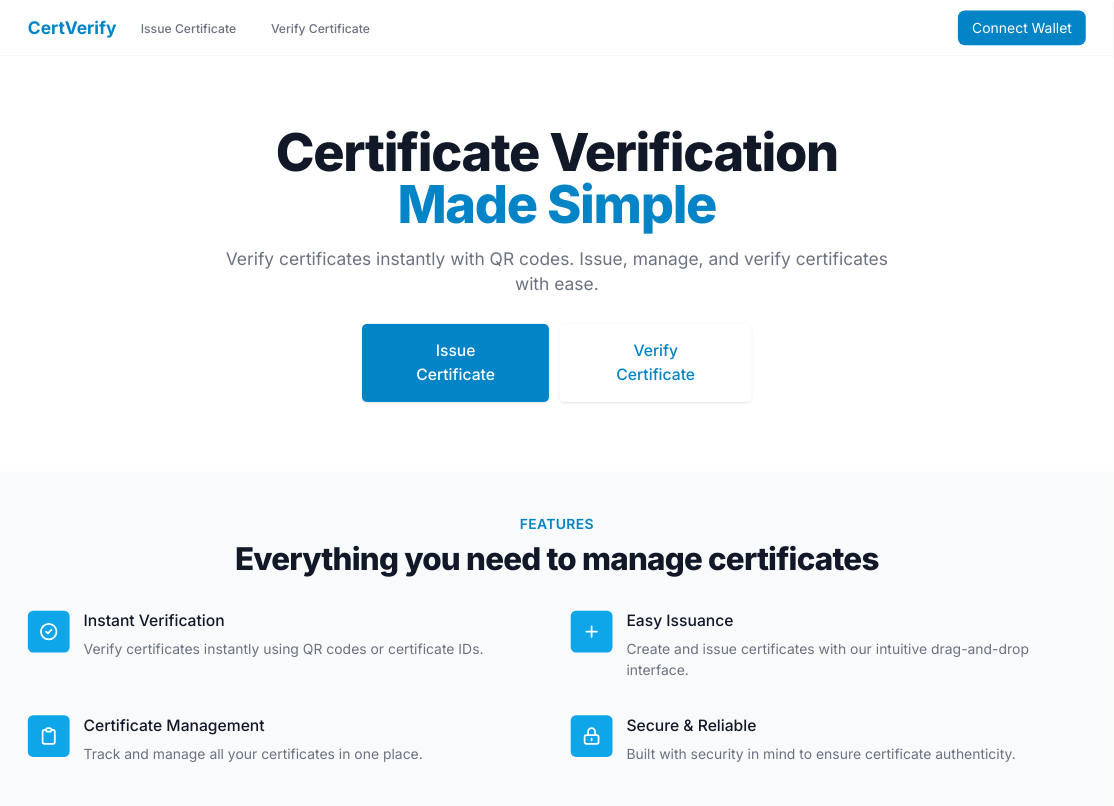
Repository: Cheeyan902/FYP-WebApp
Page: /
These files come from the project's save history. The page is drawn as it stood at one moment and after the next save; the edit follows.
The browser window is 1280 px wide. The pictures show the whole page, at 87% of full size.
The project was rebuilt for these pictures with package versions that can differ from the ones it lists, and the page was loaded fresh each time. The framework's server and built-in components were replaced by stand-ins that run in the browser. Also part of the build but not shown: next.config.js.

Above is the page before, as saved 2025-04-02 17:37:01.

### app/layout.tsx
import type { Metadata } from "next";
import { Inter } from "next/font/google";
import "./globals.css";
import { Toaster } from "react-hot-toast";
import Navigation from "./components/Navigation";

const inter = Inter({ subsets: ["latin"] });

export const metadata: Metadata = {
  title: "Solana Certificate Verification System",
  description: "A decentralized certificate verification system built on Solana blockchain",
  keywords: "Solana, blockchain, certificate verification, digital certificates, SSL/TLS",
  authors: [{ name: "Your Name" }],
  viewport: "width=device-width, initial-scale=1",
  themeColor: "#0284c7", // primary-600 color
};

export default function RootLayout({
  children,
}: Readonly<{
  children: React.ReactNode;
}>) {
  return (
    <html lang="en">
      <body className={inter.className}>
        <Navigation />
        <Toaster position="top-right" />
        {children}
      </body>
    </html>
  );
}

### app/page.tsx
import Link from 'next/link';

export default function Home() {
  return (
    <div className="min-h-screen">
      {/* Hero Section */}
      <section className="bg-white">
        <div className="max-w-7xl mx-auto px-4 sm:px-6 lg:px-8 py-20">
          <div className="text-center">
            <h1 className="text-4xl tracking-tight font-extrabold text-gray-900 sm:text-5xl md:text-6xl">
              <span className="block">Certificate Verification</span>
              <span className="block text-primary-600">Made Simple</span>
            </h1>
            <p className="mt-3 max-w-md mx-auto text-base text-gray-500 sm:text-lg md:mt-5 md:text-xl md:max-w-3xl">
              Verify certificates instantly with QR codes. Issue, manage, and verify certificates with ease.
            </p>
            <div className="mt-5 max-w-md mx-auto sm:flex sm:justify-center md:mt-8">
              <div className="rounded-md shadow">
                <Link
                  href="/issue"
                  className="w-full flex items-center justify-center px-8 py-3 border border-transparent text-base font-medium rounded-md text-white bg-primary-600 hover:bg-primary-700 md:py-4 md:text-lg md:px-10"
                >
                  Issue Certificate
                </Link>
              </div>
              <div className="mt-3 rounded-md shadow sm:mt-0 sm:ml-3">
                <Link
                  href="/verify"
                  className="w-full flex items-center justify-center px-8 py-3 border border-transparent text-base font-medium rounded-md text-primary-600 bg-white hover:bg-gray-50 md:py-4 md:text-lg md:px-10"
                >
                  Verify Certificate
                </Link>
              </div>
            </div>
          </div>
        </div>
      </section>

      {/* Features Section */}
      <section className="py-12 bg-gray-50">
        <div className="max-w-7xl mx-auto px-4 sm:px-6 lg:px-8">
          <div className="lg:text-center">
            <h2 className="text-base text-primary-600 font-semibold tracking-wide uppercase">Features</h2>
            <p className="mt-2 text-3xl leading-8 font-extrabold tracking-tight text-gray-900 sm:text-4xl">
              Everything you need to manage certificates
            </p>
          </div>

          <div className="mt-10">
            <div className="space-y-10 md:space-y-0 md:grid md:grid-cols-2 md:gap-x-8 md:gap-y-10">
              {/* Feature 1 */}
              <div className="relative">
                <div className="absolute flex items-center justify-center h-12 w-12 rounded-md bg-primary-500 text-white">
                  <svg className="h-6 w-6" fill="none" viewBox="0 0 24 24" stroke="currentColor">
                    <path strokeLinecap="round" strokeLinejoin="round" strokeWidth={2} d="M9 12l2 2 4-4m6 2a9 9 0 11-18 0 9 9 0 0118 0z" />
                  </svg>
                </div>
                <div className="ml-16">
                  <h3 className="text-lg leading-6 font-medium text-gray-900">Instant Verification</h3>
                  <p className="mt-2 text-base text-gray-500">
                    Verify certificates instantly using QR codes or certificate IDs.
                  </p>
                </div>
              </div>

              {/* Feature 2 */}
              <div className="relative">
                <div className="absolute flex items-center justify-center h-12 w-12 rounded-md bg-primary-500 text-white">
                  <svg className="h-6 w-6" fill="none" viewBox="0 0 24 24" stroke="currentColor">
                    <path strokeLinecap="round" strokeLinejoin="round" strokeWidth={2} d="M12 6v6m0 0v6m0-6h6m-6 0H6" />
                  </svg>
                </div>
                <div className="ml-16">
                  <h3 className="text-lg leading-6 font-medium text-gray-900">Easy Issuance</h3>
                  <p className="mt-2 text-base text-gray-500">
                    Create and issue certificates with our intuitive drag-and-drop interface.
                  </p>
                </div>
              </div>

              {/* Feature 3 */}
              <div className="relative">
                <div className="absolute flex items-center justify-center h-12 w-12 rounded-md bg-primary-500 text-white">
                  <svg className="h-6 w-6" fill="none" viewBox="0 0 24 24" stroke="currentColor">
                    <path strokeLinecap="round" strokeLinejoin="round" strokeWidth={2} d="M9 5H7a2 2 0 00-2 2v12a2 2 0 002 2h10a2 2 0 002-2V7a2 2 0 00-2-2h-2M9 5a2 2 0 002 2h2a2 2 0 002-2M9 5a2 2 0 012-2h2a2 2 0 012 2" />
                  </svg>
                </div>
                <div className="ml-16">
                  <h3 className="text-lg leading-6 font-medium text-gray-900">Certificate Management</h3>
                  <p className="mt-2 text-base text-gray-500">
                    Track and manage all your certificates in one place.
                  </p>
                </div>
              </div>

              {/* Feature 4 */}
              <div className="relative">
                <div className="absolute flex items-center justify-center h-12 w-12 rounded-md bg-primary-500 text-white">
                  <svg className="h-6 w-6" fill="none" viewBox="0 0 24 24" stroke="currentColor">
                    <path strokeLinecap="round" strokeLinejoin="round" strokeWidth={2} d="M12 15v2m-6 4h12a2 2 0 002-2v-6a2 2 0 00-2-2H6a2 2 0 00-2 2v6a2 2 0 002 2zm10-10V7a4 4 0 00-8 0v4h8z" />
                  </svg>
                </div>
                <div className="ml-16">
                  <h3 className="text-lg leading-6 font-medium text-gray-900">Secure & Reliable</h3>
                  <p className="mt-2 text-base text-gray-500">
                    Built with security in mind to ensure certificate authenticity.
                  </p>
                </div>
              </div>
            </div>
          </div>
        </div>
      </section>
    </div>
  );
}

### app/globals.css
@tailwind base;
@tailwind components;
@tailwind utilities;

@layer base {
  :root {
    --background: 0 0% 100%;
    --foreground: 222.2 84% 4.9%;
  }
}

@layer base {
  body {
    @apply bg-gray-50 text-gray-900;
  }
}

@layer components {
  .btn-primary {
    @apply px-4 py-2 bg-primary-600 text-white rounded-lg hover:bg-primary-700 transition-colors;
  }

  .btn-secondary {
    @apply px-4 py-2 bg-gray-200 text-gray-800 rounded-lg hover:bg-gray-300 transition-colors;
  }

  .input-field {
    @apply w-full px-4 py-2 border border-gray-300 rounded-lg focus:outline-none focus:ring-2 focus:ring-primary-500 focus:border-transparent;
  }
}

### app/components/Navigation.tsx
'use client';

import Link from 'next/link';
import { usePathname } from 'next/navigation';

export default function Navigation() {
  const pathname = usePathname();

  const isActive = (path: string) => {
    return pathname === path;
  };

  return (
    <nav className="bg-white shadow">
      <div className="max-w-7xl mx-auto px-4 sm:px-6 lg:px-8">
        <div className="flex justify-between h-16">
          <div className="flex">
            <div className="flex-shrink-0 flex items-center">
              <Link href="/" className="text-xl font-bold text-primary-600">
                CertVerify
              </Link>
            </div>
            <div className="hidden sm:ml-6 sm:flex sm:space-x-8">
              <Link
                href="/issue"
                className={`inline-flex items-center px-1 pt-1 border-b-2 text-sm font-medium ${
                  isActive('/issue')
                    ? 'border-primary-500 text-gray-900'
                    : 'border-transparent text-gray-500 hover:border-gray-300 hover:text-gray-700'
                }`}
              >
                Issue Certificate
              </Link>
              <Link
                href="/verify"
                className={`inline-flex items-center px-1 pt-1 border-b-2 text-sm font-medium ${
                  isActive('/verify')
                    ? 'border-primary-500 text-gray-900'
                    : 'border-transparent text-gray-500 hover:border-gray-300 hover:text-gray-700'
                }`}
              >
                Verify Certificate
              </Link>
            </div>
          </div>
          <div className="hidden sm:ml-6 sm:flex sm:items-center">
            <button className="btn-primary">
              Connect Wallet
            </button>
          </div>
          <div className="-mr-2 flex items-center sm:hidden">
            <button
              type="button"
              className="inline-flex items-center justify-center p-2 rounded-md text-gray-400 hover:text-gray-500 hover:bg-gray-100 focus:outline-none focus:ring-2 focus:ring-inset focus:ring-primary-500"
            >
              <span className="sr-only">Open main menu</span>
              <svg
                className="block h-6 w-6"
                xmlns="http://www.w3.org/2000/svg"
                fill="none"
                viewBox="0 0 24 24"
                stroke="currentColor"
                aria-hidden="true"
              >
                <path
                  strokeLinecap="round"
                  strokeLinejoin="round"
                  strokeWidth={2}
                  d="M4 6h16M4 12h16M4 18h16"
                />
              </svg>
            </button>
          </div>
        </div>
      </div>

      {/* Mobile menu */}
      <div className="sm:hidden hidden">
        <div className="pt-2 pb-3 space-y-1">
          <Link
            href="/issue"
            className={`block pl-3 pr-4 py-2 border-l-4 text-base font-medium ${
              isActive('/issue')
                ? 'bg-primary-50 border-primary-500 text-primary-700'
                : 'border-transparent text-gray-500 hover:bg-gray-50 hover:border-gray-300 hover:text-gray-700'
            }`}
          >
            Issue Certificate
          </Link>
          <Link
            href="/verify"
            className={`block pl-3 pr-4 py-2 border-l-4 text-base font-medium ${
              isActive('/verify')
                ? 'bg-primary-50 border-primary-500 text-primary-700'
                : 'border-transparent text-gray-500 hover:bg-gray-50 hover:border-gray-300 hover:text-gray-700'
            }`}
          >
            Verify Certificate
          </Link>
        </div>
        <div className="pt-4 pb-3 border-t border-gray-200">
          <div className="px-4">
            <button className="btn-primary w-full">
              Connect Wallet
            </button>
          </div>
        </div>
      </div>
    </nav>
  );
}

### tailwind.config.js
/** @type {import('tailwindcss').Config} */
module.exports = {
  content: [
    './pages/**/*.{js,ts,jsx,tsx,mdx}',
    './components/**/*.{js,ts,jsx,tsx,mdx}',
    './app/**/*.{js,ts,jsx,tsx,mdx}',
  ],
  theme: {
    extend: {
      colors: {
        primary: {
          50: '#f0f9ff',
          100: '#e0f2fe',
          200: '#bae6fd',
          300: '#7dd3fc',
          400: '#38bdf8',
          500: '#0ea5e9',
          600: '#0284c7',
          700: '#0369a1',
          800: '#075985',
          900: '#0c4a6e',
        },
      },
    },
  },
  plugins: [],
}

After the next save:
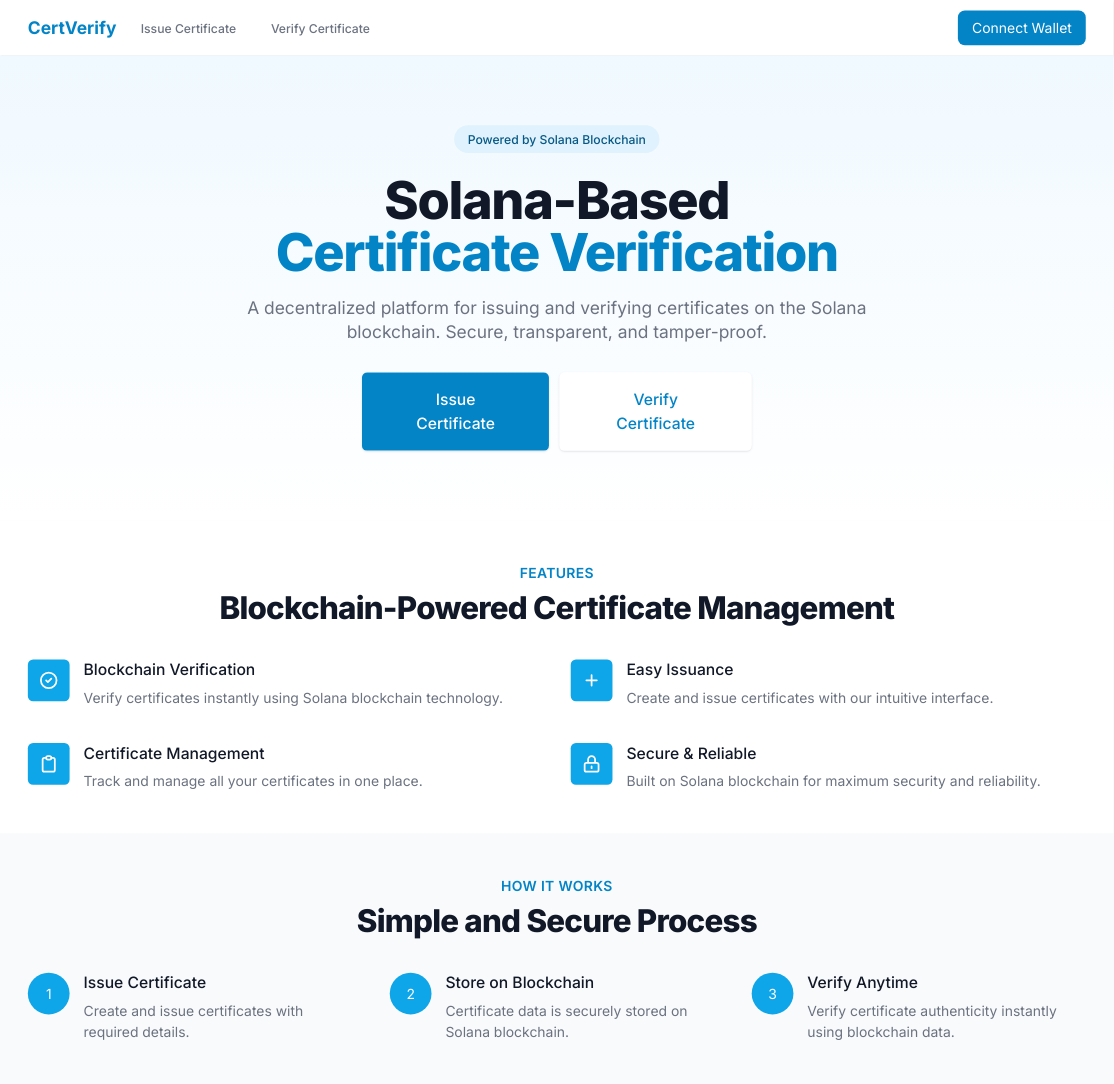
Saved 34 s later.
--- a/app/page.tsx
+++ b/app/page.tsx
@@ -1,18 +1,24 @@
 import Link from 'next/link';
+import { QRCodeSVG } from 'qrcode.react';
 
 export default function Home() {
   return (
     <div className="min-h-screen">
       {/* Hero Section */}
-      <section className="bg-white">
+      <section className="bg-gradient-to-b from-primary-50 to-white">
         <div className="max-w-7xl mx-auto px-4 sm:px-6 lg:px-8 py-20">
           <div className="text-center">
+            <div className="flex justify-center mb-6">
+              <span className="inline-flex items-center px-4 py-1.5 rounded-full text-sm font-medium bg-primary-100 text-primary-800">
+                Powered by Solana Blockchain
+              </span>
+            </div>
             <h1 className="text-4xl tracking-tight font-extrabold text-gray-900 sm:text-5xl md:text-6xl">
-              <span className="block">Certificate Verification</span>
-              <span className="block text-primary-600">Made Simple</span>
+              <span className="block">Solana-Based</span>
+              <span className="block text-primary-600">Certificate Verification</span>
             </h1>
             <p className="mt-3 max-w-md mx-auto text-base text-gray-500 sm:text-lg md:mt-5 md:text-xl md:max-w-3xl">
-              Verify certificates instantly with QR codes. Issue, manage, and verify certificates with ease.
+              A decentralized platform for issuing and verifying certificates on the Solana blockchain. Secure, transparent, and tamper-proof.
             </p>
             <div className="mt-5 max-w-md mx-auto sm:flex sm:justify-center md:mt-8">
               <div className="rounded-md shadow">
@@ -37,12 +43,12 @@
       </section>
 
       {/* Features Section */}
-      <section className="py-12 bg-gray-50">
+      <section className="py-12 bg-white">
         <div className="max-w-7xl mx-auto px-4 sm:px-6 lg:px-8">
           <div className="lg:text-center">
             <h2 className="text-base text-primary-600 font-semibold tracking-wide uppercase">Features</h2>
             <p className="mt-2 text-3xl leading-8 font-extrabold tracking-tight text-gray-900 sm:text-4xl">
-              Everything you need to manage certificates
+              Blockchain-Powered Certificate Management
             </p>
           </div>
 
@@ -56,9 +62,9 @@
                   </svg>
                 </div>
                 <div className="ml-16">
-                  <h3 className="text-lg leading-6 font-medium text-gray-900">Instant Verification</h3>
+                  <h3 className="text-lg leading-6 font-medium text-gray-900">Blockchain Verification</h3>
                   <p className="mt-2 text-base text-gray-500">
-                    Verify certificates instantly using QR codes or certificate IDs.
+                    Verify certificates instantly using Solana blockchain technology.
                   </p>
                 </div>
               </div>
@@ -73,7 +79,7 @@
                 <div className="ml-16">
                   <h3 className="text-lg leading-6 font-medium text-gray-900">Easy Issuance</h3>
                   <p className="mt-2 text-base text-gray-500">
-                    Create and issue certificates with our intuitive drag-and-drop interface.
+                    Create and issue certificates with our intuitive interface.
                   </p>
                 </div>
               </div>
@@ -103,7 +109,62 @@
                 <div className="ml-16">
                   <h3 className="text-lg leading-6 font-medium text-gray-900">Secure & Reliable</h3>
                   <p className="mt-2 text-base text-gray-500">
-                    Built with security in mind to ensure certificate authenticity.
+                    Built on Solana blockchain for maximum security and reliability.
+                  </p>
+                </div>
+              </div>
+            </div>
+          </div>
+        </div>
+      </section>
+
+      {/* How It Works Section */}
+      <section className="py-12 bg-gray-50">
+        <div className="max-w-7xl mx-auto px-4 sm:px-6 lg:px-8">
+          <div className="lg:text-center">
+            <h2 className="text-base text-primary-600 font-semibold tracking-wide uppercase">How It Works</h2>
+            <p className="mt-2 text-3xl leading-8 font-extrabold tracking-tight text-gray-900 sm:text-4xl">
+              Simple and Secure Process
+            </p>
+          </div>
+
+          <div className="mt-10">
+            <div className="space-y-10 md:space-y-0 md:grid md:grid-cols-3 md:gap-x-8 md:gap-y-10">
+              {/* Step 1 */}
+              <div className="relative">
+                <div className="absolute flex items-center justify-center h-12 w-12 rounded-full bg-primary-500 text-white">
+                  1
+                </div>
+                <div className="ml-16">
+                  <h3 className="text-lg leading-6 font-medium text-gray-900">Issue Certificate</h3>
+                  <p className="mt-2 text-base text-gray-500">
+                    Create and issue certificates with required details.
+                  </p>
+                </div>
+              </div>
+
+              {/* Step 2 */}
+              <div className="relative">
+                <div className="absolute flex items-center justify-center h-12 w-12 rounded-full bg-primary-500 text-white">
+                  2
+                </div>
+                <div className="ml-16">
+                  <h3 className="text-lg leading-6 font-medium text-gray-900">Store on Blockchain</h3>
+                  <p className="mt-2 text-base text-gray-500">
+                    Certificate data is securely stored on Solana blockchain.
+                  </p>
+                </div>
+              </div>
+
+              {/* Step 3 */}
+              <div className="relative">
+                <div className="absolute flex items-center justify-center h-12 w-12 rounded-full bg-primary-500 text-white">
+                  3
+                </div>
+                <div className="ml-16">
+                  <h3 className="text-lg leading-6 font-medium text-gray-900">Verify Anytime</h3>
+                  <p className="mt-2 text-base text-gray-500">
+                    Verify certificate authenticity instantly using blockchain data.
                   </p>
                 </div>
               </div>
